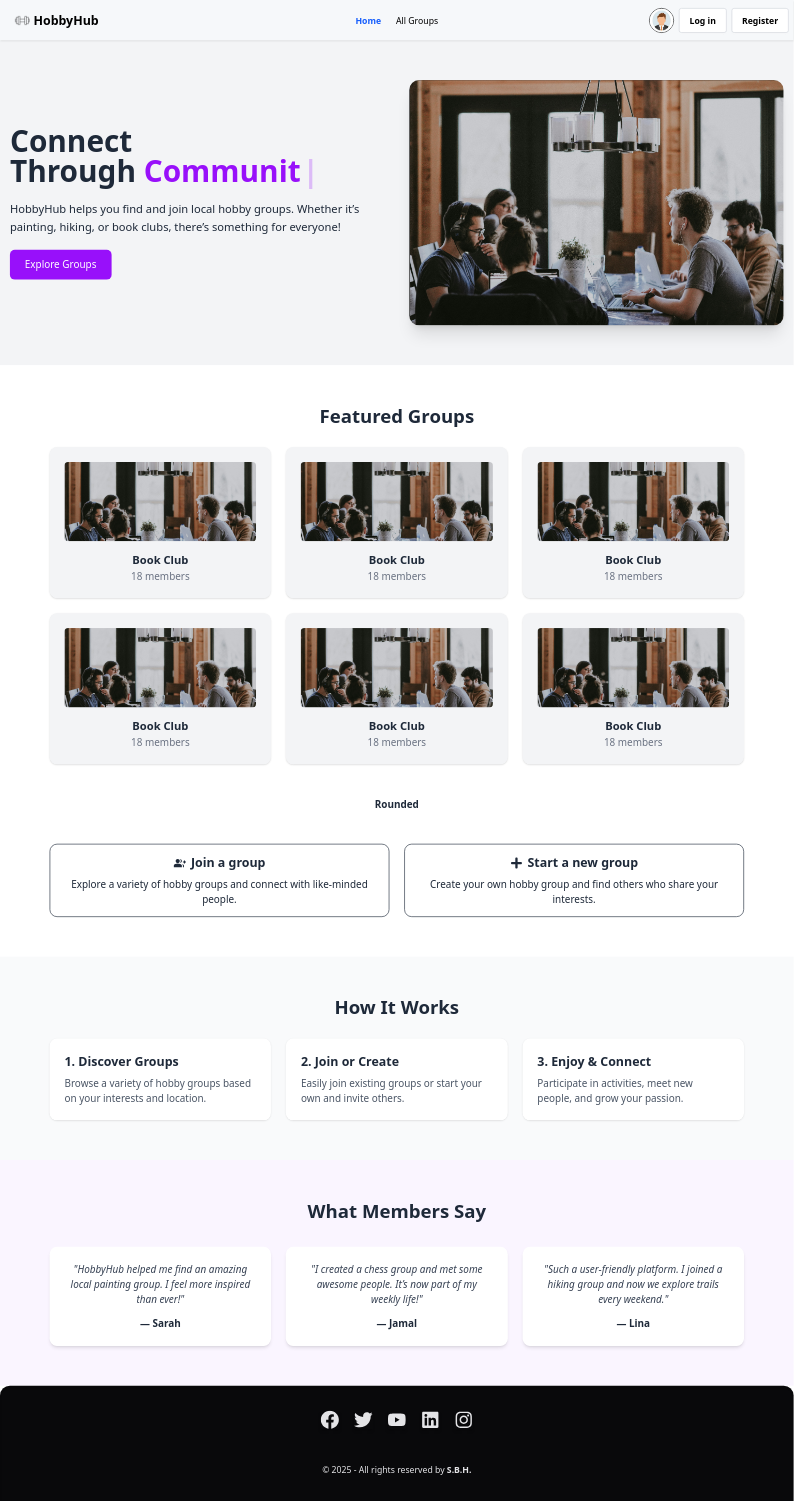
Repository: syedbayzid82849/Hobby_Hub_Client_site
Page: /
These files come from the project's save history. The page is drawn as it stood at one moment and after a run of saves; the edit follows.
The browser window is 1280 px wide. The pictures show the whole page, at 62% of full size.
The project was rebuilt for these pictures with package versions that can differ from the ones it lists, and the page was loaded fresh each time. Also part of the build but not shown: src/App.jsx, src/Pages/Register/Register.jsx, src/Pages/Login/Login.jsx, src/Pages/Profile/Profile.jsx, src/Pages/createGroup/createGroup.jsx, src/Pages/myGroup/myGroup.jsx, src/Routes/PrivateRoute.jsx, src/Pages/AllGroups/AllGroups.jsx.

Above is the page before, as saved 2025-05-22 09:02:42.

After the next 2 saves:
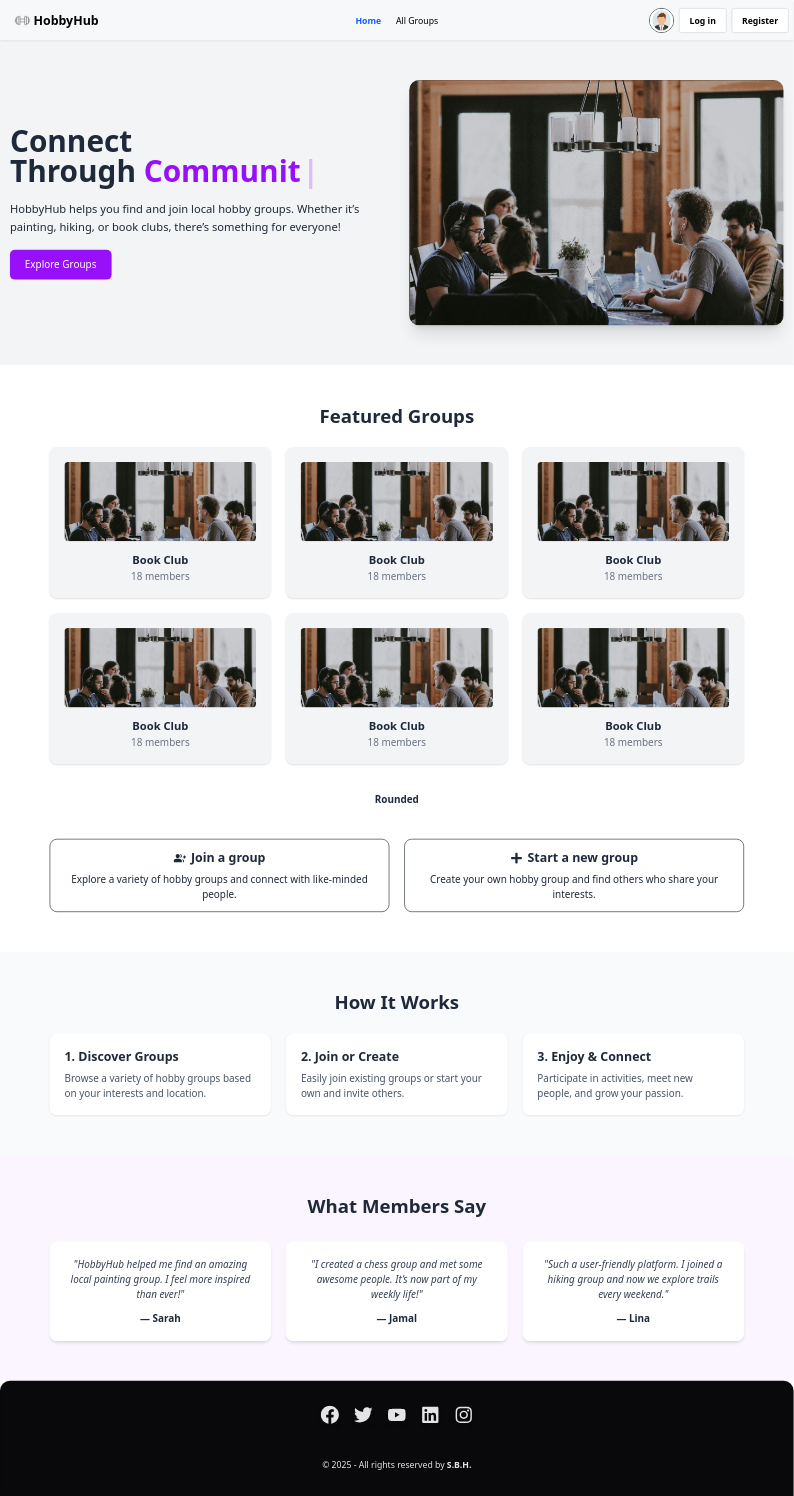
The 2 saves are shown as one change because they came seconds apart.
The last was saved 11 s later.
--- a/src/Pages/Home/Home.jsx
+++ b/src/Pages/Home/Home.jsx
@@ -119,7 +119,7 @@ const Home = () => {
                             <p className="text-gray-500">18 members</p>
                         </div>
                     </div>
-                    <button type="button" className="mt-10 px-8 py-3 font-semibold rounded-full dark:bg-gray-800 dark:text-gray-100">Rounded</button>
+                    <button type="button" className="mt-8 px-8 py-3 font-semibold rounded-full dark:bg-gray-800 dark:text-gray-100">Rounded</button>
                 </div>
                 <div className="max-w-6xl mx-auto px-4 text-center pt-10">
                     <div className="grid grid-cols-1 md:grid-cols-2 gap-6 text-center">
